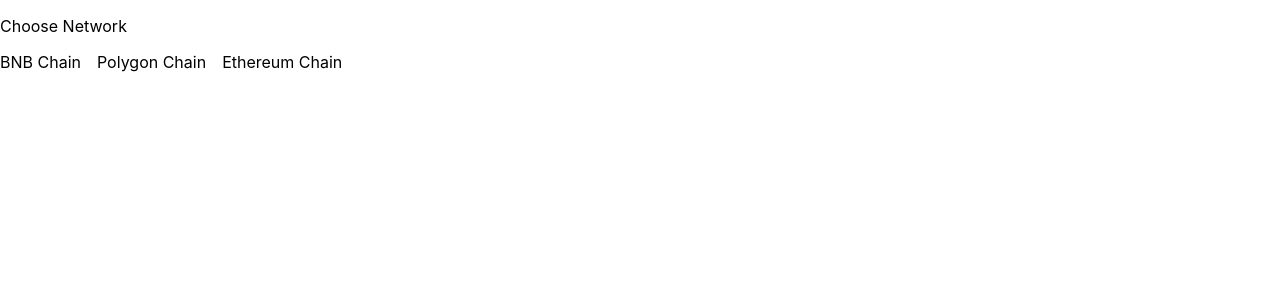
Repository: m-ahmadshaikh/Wallet-Connect
Page: /
The author's editor kept a copy of each file at every save. The page is drawn from the files as they stood at one save, then again after the next save.
The browser window is 1280 px wide. The pictures show the whole page.
The project was rebuilt for these pictures with package versions that can differ from the ones it lists, and the page was loaded fresh each time. Also part of the build but not shown: src/components/Button/Button.module.css.

Above is the page before, as saved 2023-01-19 17:58:19.

After the next save:
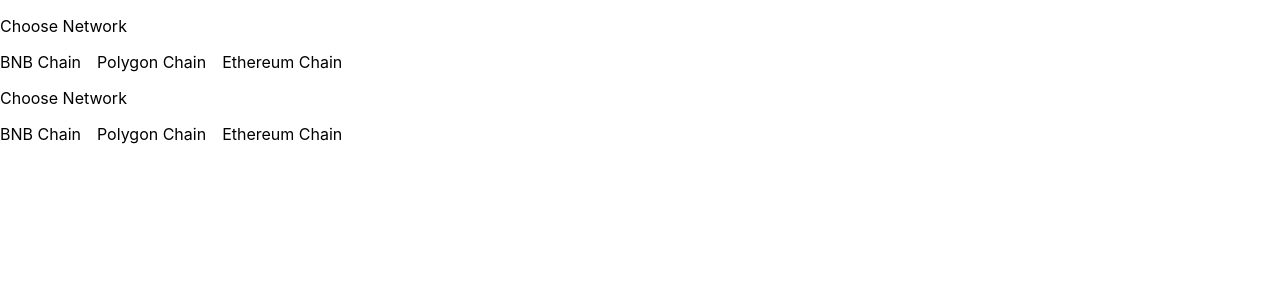
Saved 45 s later.
--- a/src/App.js
+++ b/src/App.js
@@ -11,6 +11,12 @@
       <Button text={'Ethereum Chain'}/>
       </div>
 
+
+      <p>Choose Network</p>
+      <div className='flex'><Button text={'BNB Chain'}/>
+      <Button text={'Polygon Chain'}/>
+      <Button text={'Ethereum Chain'}/>
+      </div>
     </div>
   );
 }
